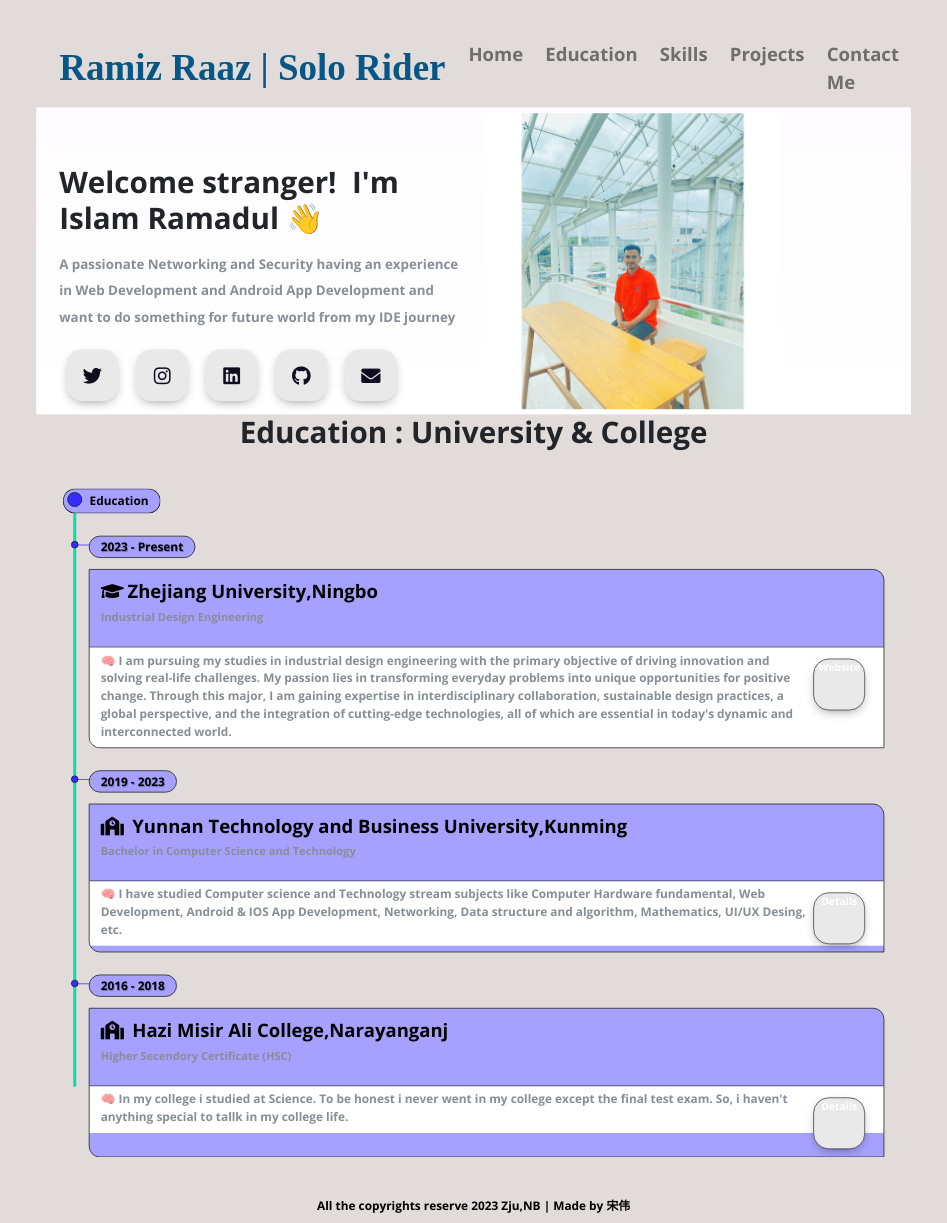
Repository: ramizraaz/ZjuProtfolio
Page: index.html
These files come from the project's save history. The page is drawn as it stood at one moment and after the next save; the edit follows.
The browser window is 1280 px wide. The pictures show the whole page, at 74% of full size.
Some web fonts or font styles are not loaded; a fallback is used. Some web libraries are served in a nearby version.

Above is the page before, as saved 2023-10-08 17:49:45.

### index.html
<!DOCTYPE html>
<html lang="en" dir="ltr">

<head>
    <meta charset="utf-8">
    <meta name="viewport" content="width=device-width,initial-scale=1">
    <title>宋伟's Profile | Personal website</title>
    <link rel="icon" href="Image/RR.png">
    <link rel="stylesheet" href="https://stackpath.bootstrapcdn.com/bootstrap/4.5.0/css/bootstrap.min.css" integrity="sha384-9aIt2nRpC12Uk9gS9baDl411NQApFmC26EwAOH8WgZl5MYYxFfc+NcPb1dKGj7Sk" crossorigin="anonymous">
    <link rel="stylesheet" href="style.css">
    <link href="https://fonts.googleapis.com/css2?family=Arizonia&family=Montserrat:wght@400;800&display=swap" rel="stylesheet">
    <link href="https://fonts.googleapis.com/css2?family=Open+Sans:wght@700&display=swap" rel="stylesheet">
    <link rel="stylesheet" href="https://use.fontawesome.com/releases/v5.4.1/css/all.css" />
    <link rel="stylesheet" href="https://cdnjs.cloudflare.com/ajax/libs/font-awesome/5.13.1/css/all.min.css">
    <script src="https://code.jquery.com/jquery-3.5.1.slim.min.js" integrity="sha384-DfXdz2htPH0lsSSs5nCTpuj/zy4C+OGpamoFVy38MVBnE+IbbVYUew+OrCXaRkfj" crossorigin="anonymous"></script>
    <script src="https://cdn.jsdelivr.net/npm/popper.js@1.16.0/dist/umd/popper.min.js" integrity="sha384-Q6E9RHvbIyZFJoft+2mJbHaEWldlvI9IOYy5n3zV9zzTtmI3UksdQRVvoxMfooAo" crossorigin="anonymous"></script>
    <script src="https://stackpath.bootstrapcdn.com/bootstrap/4.5.0/js/bootstrap.min.js" integrity="sha384-OgVRvuATP1z7JjHLkuOU7Xw704+h835Lr+6QL9UvYjZE3Ipu6Tp75j7Bh/kR0JKI" crossorigin="anonymous"></script>
</head>

<body class="container-fluid body_section">
    <header>
        <nav class="navbar navbar-expand-lg navbar-light ">
            <a class="navbar-brand brand-name" href="#">Ramiz Raaz | Solo Rider</a>
            <button class="navbar-toggler" type="button" data-toggle="collapse" data-target="#navbarSupportedContent" aria-controls="navbarSupportedContent" aria-expanded="false" aria-label="Toggle navigation">
                  <span class="navbar-toggler-icon"></span>
                </button>
            <div class="collapse navbar-collapse" id="navbarSupportedContent">
                <ul class="navbar-nav ml-auto">
                    <li class="nav-item">
                        <a class="nav-link headerachor" href="index.html">Home</a>
                    </li>

                    <li class="nav-item">
                        <a class="nav-link headerachor" href="#Education">Education</a>
                    </li>
                    <li class="nav-item">
                        <a class="nav-link headerachor" href="">Skills</a>
                    </li>
                    <li class="nav-item">
                        <a class="nav-link headerachor" href="">Projects</a>
                    </li>
                    <li class="nav-item">
                        <a class="nav-link headerachor" href="">Contact Me</a>
                    </li>
                </ul>
        </nav>
    </header>
    <!-- Intro Section -->
    <section id="Home">
        <div class="row column1">
            <div class="col-lg-6 col-md-6 first-image">
                <img class="boyimage" src="img/me.gif" alt="">
            </div>
            <div class="col-lg-6 section-1">
                <h1 class="Hello">Welcome stranger!&nbsp&nbspI'm Islam Ramadul <span class="wave">👋</span></h1>
                <p>A passionate Networking and Security having an experience in Web Development and Android App Development and want to do something for future world from my IDE journey</p>
                <div class=social_media_icon>
                    <a class="btn" href="https://twitter.com/ramiz_raaz" target=_blank>
                        <i class="fab fa-twitter"></i>
                    </a>
                    <a class="btn" href="https://www.instagram.com/ramiz_raaz/" target=_blank>
                        <i class="fab fa-instagram"></i>
                    </a>
                    <a class="btn" href="https://www.linkedin.com/" target=_blank>
                        <i class="fab fa-linkedin" aria-hidden="true"></i>
                    </a>
                    <a class="btn" href="https://github.com/ramizraaz" target=_blank>
                        <i class="fab fa-github"></i>
                    </a>
                    <a class="btn" href="mailto:romiz.romeo.raaz@gmail.com/" target=_blank>
                        <i class="fa fa-envelope"></i>
                    </a>
                </div>
            </div>
    </section>
    <!-- Education Section -->
    <section id="Education">
        <div class="container">
            <div class="Heading">
                <h1>Education : University & College</h1>
                <br>
            </div>
            <div class="timeline">
                <div class="timeline-month">
                    Education
                </div>
                <div class="timeline-section">
                    <div class="timeline-date">
                        2023 - Present
                    </div>
                    <div class="row">
                        <div class="col-lg">
                            <div class="timeline-box">
                                <div class="box-title">
                                    <i class="fas fa-graduation-cap" aria-hidden="true"></i>Zhejiang University,Ningbo
                                    <p class="degree">Industrial Design Engineering</p>
                                </div>
                                <div class="box-content">
                                    <a class="btn btn-sm btn-dark float-right" role="button" href="https://www.zju.edu.cn/english/" target=_blank style="color: white;">Website</a>
                                    <div class="box-item">🧠 I am pursuing my studies in industrial design engineering with the primary objective of driving innovation and solving real-life challenges. My passion lies in transforming everyday problems into unique opportunities
                                        for positive change. Through this major, I am gaining expertise in interdisciplinary collaboration, sustainable design practices, a global perspective, and the integration of cutting-edge technologies, all of which
                                        are essential in today's dynamic and interconnected world.</div>
                                </div>
                            </div>
                        </div>
                    </div>
                </div>

                <div class="timeline-section">
                    <div class="timeline-date">
                        2019 - 2023
                    </div>
                    <div class="row">
                        <div class="col-lg">
                            <div class="timeline-box">
                                <div class="box-title">
                                    <i class="fas fa-school" aria-hidden="true"></i> Yunnan Technology and Business University,Kunming
                                    <p class="degree">Bachelor in Computer Science and Technology</p>
                                </div>
                                <div class="box-content">
                                    <a class="btn btn-sm btn-dark float-right" role="button" style="color: white;">Details</a>
                                    <div class="box-item">🧠 I have studied Computer science and Technology stream subjects like Computer Hardware fundamental, Web Development, Android & IOS App Development, Networking, Data structure and algorithm, Mathematics, UI/UX Desing,
                                        etc.
                                    </div>

                                </div>
                            </div>
                        </div>
                    </div>
                </div>

                <div class="timeline-section">
                    <div class="timeline-date">
                        2016 - 2018
                    </div>
                    <div class="row">
                        <div class="col-lg">
                            <div class="timeline-box">
                                <div class="box-title">
                                    <i class="fas fa-school" aria-hidden="true"></i> Hazi Misir Ali College,Narayanganj
                                    <p class="degree"> Higher Secendory Certificate (HSC)</p>
                                </div>
                                <div class="box-content">
                                    <a class="btn btn-sm btn-dark float-right" role="button" style="color: white;">Details</a>
                                    <div class="box-item">🧠 In my college i studied at Science. To be honest i never went in my college except the final test exam. So, i haven't anything special to tallk in my college life.</div>
                                    <div class="box-item"><b>

                                </div>
                            </div>
                        </div>
                    </div>
                </div>
            </div>
        </div>
    </section>

    </form>
    <footer class=footer>All the copyrights reserve 2023 Zju,NB | Made by 宋伟</footer>
</body>

</html>

### style.css
body {
    font-family: 'Open Sans', sans-serif;
    margin: 0;
    background: #E1DCD9;
}

.body_section {
    padding: 3% 5% 1%;
}

p {
    font-size: 18px;
}

a {
    text-decoration: none;
}

@font-face {
    font-family: "Lovely Home";
    src: local('Lovely Home'), url("Image/LovelyHome-9aBZ.ttf") format('truetype');
}

.brand-name,
.navbar-light .navbar-brand {
    font-family: "Lovely Home";
    font-size: 50px;
    font-weight: bold;
    color: #075786;
}

.headerachor {
    color: black;
    margin: 0 7px 0 7px;
    border-radius: 20px;
    font-size: 25px;
}

.headerachor:hover {
    background-color: #8c8a8a;
}


/* Section 1 */

.column1 {
    background-image: linear-gradient(#fefcfe, #ffffff);
    padding: 8px 16px;
}

.section-1 {
    margin-top: 6%;
    text-align: left;
    position: relative;
}

span.wave {
    animation-name: wave-animation;
    animation-duration: 2.5s;
    animation-iteration-count: infinite;
    transform-origin: 70% 70%;
    display: inline-block;
}

@keyframes wave-animation {
    0% {
        transform: rotate( 0.0deg)
    }
    10% {
        transform: rotate(-10.0deg)
    }
    20% {
        transform: rotate( 12.0deg)
    }
    30% {
        transform: rotate(-10.0deg)
    }
    40% {
        transform: rotate( 9.0deg)
    }
    50% {
        transform: rotate( 0.0deg)
    }
    100% {
        transform: rotate( 0.0deg)
    }
}

.first-image {
    position: absolute;
    right: 0;
}

.boyimage {
    height: 400px;
}

@media only screen and (max-width: 1183px) {
    .first-image {
        right: 160px;
    }
}

.boy {
    width: 100%;
    height: 100%;
    animation: bounce 1.2s;
    animation-direction: alternate;
    animation-iteration-count: infinite;
}

@keyframes bounce {
    from {
        transform: translate3d(0, 0, 0);
    }
    to {
        transform: translate3d(0, 20px, 0);
    }
}

.Image-boy {
    text-align: center;
    align-items: center;
}

@media only screen and (min-width:951px) {
    .Image-boy {
        display: none;
    }
}

.Hello {
    margin-bottom: 20px;
}

p {
    line-height: 2;
    color: #868e96;
}

.btn {
    display: inline-block;
    width: 4.37rem;
    height: 4.37rem;
    background: #e9e9e9;
    padding: 0px 0px;
    margin: 10px;
    border-radius: 30%;
    box-shadow: 0 5px 15px -5px #00000070;
    color: #0f0d20;
    overflow: hidden;
    position: relative;
}

.btn i {
    line-height: 70px;
    font-size: 1.625rem;
    transition: 0.2s linear;
}

.btn:hover i {
    transform: scale(1.3);
    color: #f1f1f1;
}

.btn::before {
    content: "";
    position: absolute;
    width: 120%;
    height: 120%;
    background: #46088d;
    transform: rotate(45deg);
    left: -110%;
    top: 90%;
}

.btn:hover::before {
    animation: aaa 0.7s 1;
    top: -10%;
    left: -10%;
}

@media only screen and (max-width:470px) {
    .btn {
        width: 2.5rem;
        height: 2.5rem;
        margin: 7px;
    }
    .btn i {
        line-height: 40px;
        font-size: 1em;
    }
}


/* Education CSS */

.Heading {
    text-align: center;
}

.timeline {
    margin-top: 20px;
    position: relative;
}

.timeline:before {
    position: absolute;
    content: '';
    width: 4px;
    height: calc(100% - 100px);
    background: #08ddaf;
    left: 14px;
    top: 5px;
    border-radius: 4px;
}

.timeline-month {
    color: black;
    position: relative;
    padding: 4px 15px 4px 35px;
    background-color: #a6a1ff;
    display: inline-block;
    width: auto;
    border-radius: 40px;
    border: 1px solid #17191B;
    border-right-color: black;
    margin-bottom: 30px;
}

.timeline-month span {
    position: absolute;
    top: -1px;
    left: calc(100% - 100px);
    z-index: -1;
    white-space: nowrap;
    display: inline-block;
    background-color: #111;
    padding: 4px 10px 4px 20px;
    border-top-right-radius: 40px;
    border-bottom-right-radius: 40px;
    border: 1px solid black;
    box-sizing: border-box;
}

.timeline-month:before {
    position: absolute;
    content: '';
    width: 20px;
    height: 20px;
    background: #362CFF;
    border-radius: 100%;
    border: 1px solid #17191B;
    left: 5px;
}

.timeline-section {
    padding-left: 35px;
    display: block;
    position: relative;
    margin-bottom: 30px;
}

.timeline-date {
    margin-bottom: 15px;
    padding: 2px 15px;
    background: #a6a1ff;
    position: relative;
    display: inline-block;
    border-radius: 20px;
    border: 1px solid #17191B;
    color: black;
    text-shadow: 1px 1px 1px rgba(0, 0, 0, 0.3);
}

.timeline-section:before {
    content: '';
    position: absolute;
    width: 30px;
    height: 1px;
    background-color: #362CFF;
    top: 12px;
    left: 20px;
}

.timeline-section:after {
    content: '';
    position: absolute;
    width: 10px;
    height: 10px;
    background: #362CFF;
    top: 7px;
    left: 11px;
    border: 1px solid #17191B;
    border-radius: 100%;
}

.timeline-box {
    position: relative;
    color: black;
    background-color: #a6a1ff;
    border-radius: 15px;
    border-top-left-radius: 0px;
    border-bottom-right-radius: 0px;
    border: 1px solid #17191B;
    transition: all 0.3s ease;
    overflow: hidden;
}

.box-icon {
    position: absolute;
    right: 5px;
    top: 0px;
}

.box-title {
    padding: 10px 15px;
    font-size: 25px;
    border-bottom: 1px solid #17191B;
}

.degree {
    font-size: 15px;
}

.box-title i {
    margin-right: 5px;
}

.box-content {
    padding: 5px 15px;
    background-color: white;
}

.box-item {
    margin-bottom: 5px;
    color: #868e96;
    font-weight: 400;
}

.certificate {
    padding-top: 20px;
}

.certificate-text {
    text-align: center;
}

.box-shadow {
    box-shadow: 5px 5px 5px #d9dbdf;
}

footer {
    padding-top: 2%;
    color: #000000;
    text-align: center;
}

After the next save:
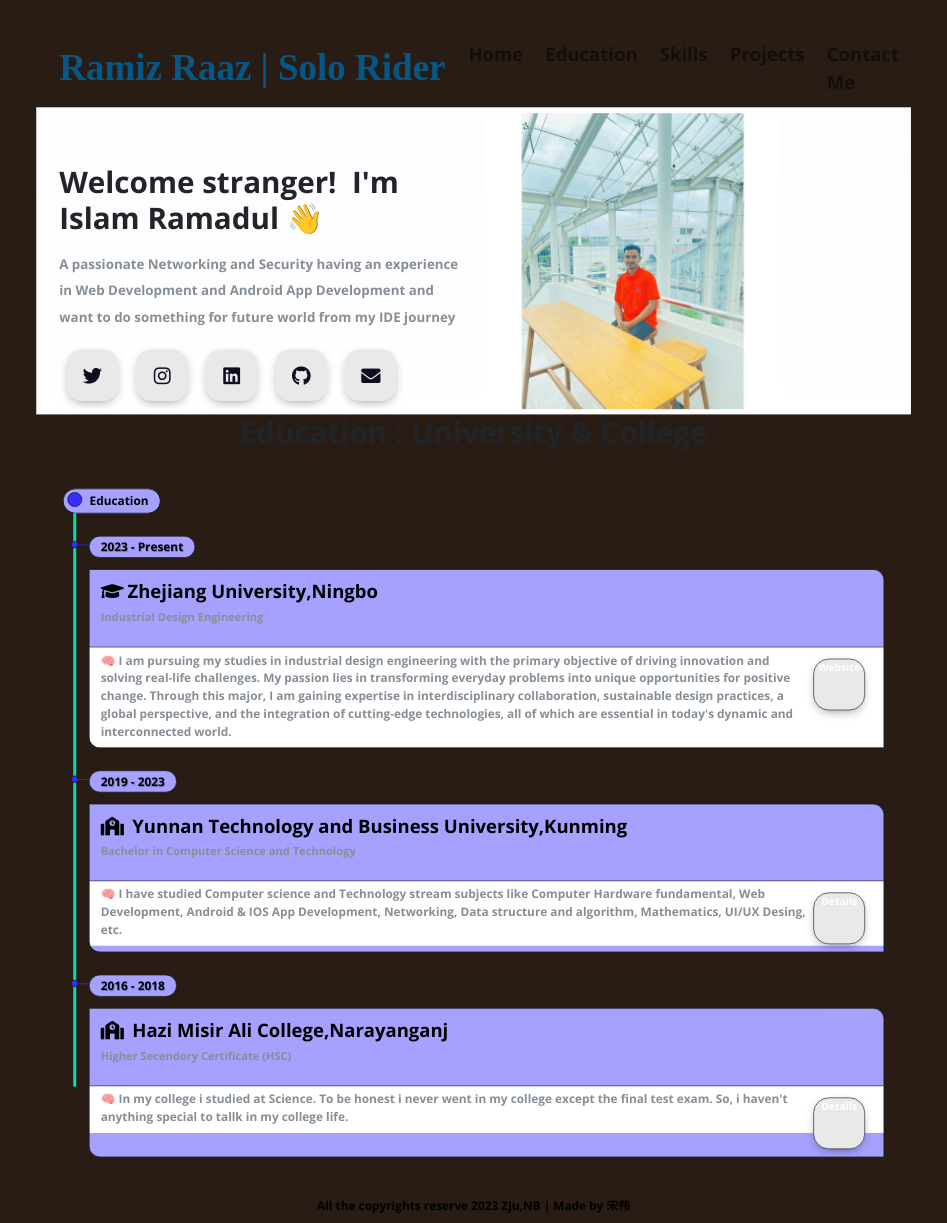
Saved 17 s later.
--- a/style.css
+++ b/style.css
@@ -1,7 +1,7 @@
 body {
     font-family: 'Open Sans', sans-serif;
     margin: 0;
-    background: #E1DCD9;
+    background: #281c14;
 }
 
 .body_section {
